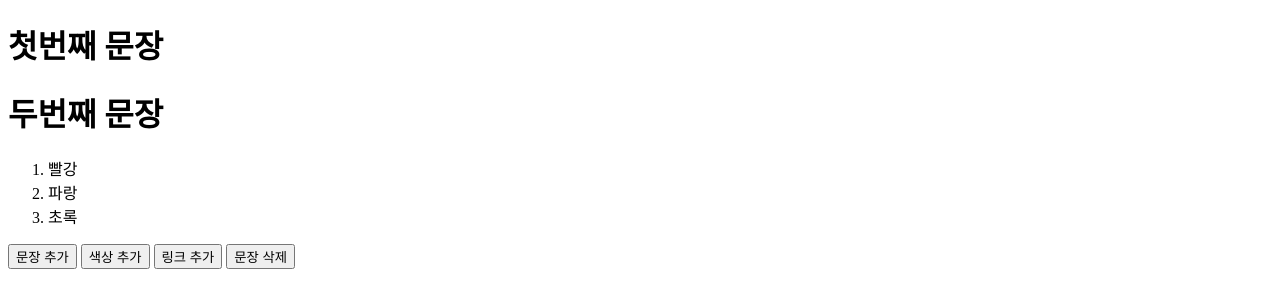
Repository: cdj6995/Web
Page: Lecture-Web/src/main/webapp/jquery/exam04.html
The author's editor kept a copy of each file at every save. The page is drawn from the files as they stood at one save, then again after the next save.
The browser window is 1280 px wide. The pictures show the whole page.
After loading, the first visible `#btn04` was clicked once.

Above is the page before, as saved 2022-05-30 08:15:26.
Console error: ReferenceError: h1Tag is not defined

After the next save:
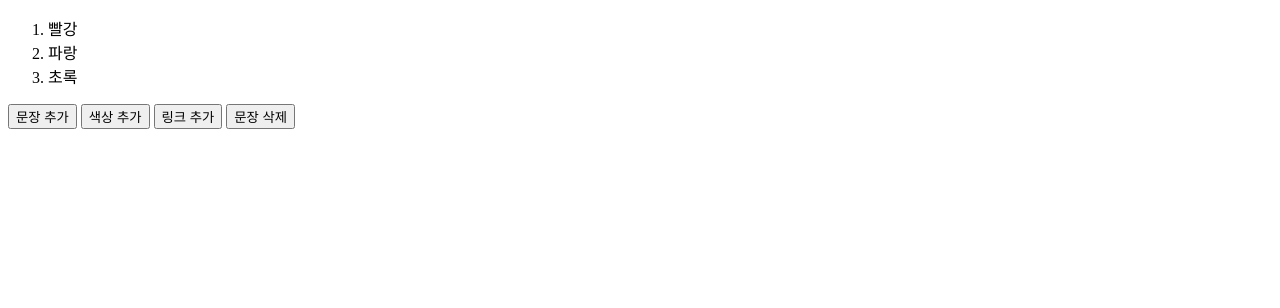
The error is gone.
Saved 29 s later.
--- a/Lecture-Web/src/main/webapp/jquery/exam04.html
+++ b/Lecture-Web/src/main/webapp/jquery/exam04.html
@@ -28,7 +28,7 @@
 
 			$('#btn04').click(function(){
 				let h1Tags = document.querySelectorAll('h1')
-				for(let i = 0; i < h1Tag.length; i++){
+				for(let i = 0; i < h1Tags.length; i++){
 					h1Tags[i].parentNode.removeChild(h1Tags[i])
 				}
 			})
